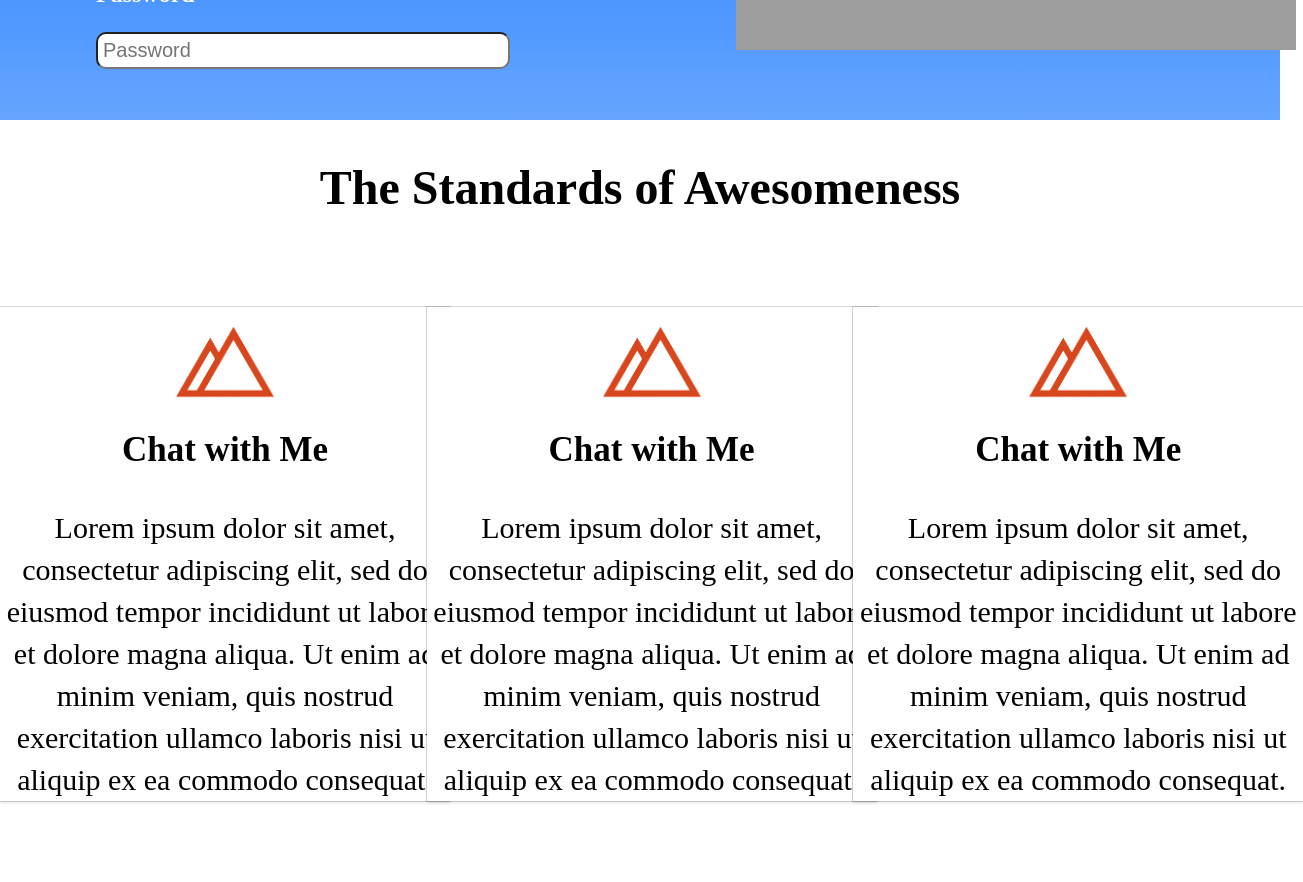
Repository: jesar-enl/My-CSS-Website
Page: index.html
The author's editor kept a copy of each file at every save. The page is drawn from the files as they stood at one save, then again after the next save.
The browser window is 1280 px wide. The page is 1303 px wide, then 1296 px, so the pictures cover 1303 px, including what lies to the right of the window. The pictures show the part of the page from y = 380 to 1304 px (the page is 1262 px tall before and 1304 px after).
Pictures or frames that could not be fetched are drawn as grey boxes.

Above is the page before, as saved 2022-07-27 13:00:45.

### index.html
<!DOCTYPE html>
<html lang="en">
  <head>
    <meta charset="UTF-8" />
    <meta http-equiv="X-UA-Compatible" content="IE=edge" />
    <meta name="viewport" content="width=device-width, initial-scale=1.0" />
    <title>My CSS website</title>
    <link rel="stylesheet" href="style.css" />
  </head>
  <body>
    <nav>
      <ul class="topnav" id="dropdownClick">
        <li><a href="#home">Home</a></li>
        <li><a href="#contact">Contact</a></li>
        <li><a href="#news">News</a></li>
        <li><a href="#about">About</a></li>
        <li class="topnav-right"><a href="#signup">SignUp</a></li>
        <li class="topnav-right"><a href="#login">LogIn</a></li>

        <!--
          This unicode is called 'Trigram for Heaven'.
          It can be used to hide the menu when we shrink the screen to a mobile sized.

          Thousands of unicode characters can be accessed from the unicode table 'https://unicode-table.com/en/'
        -->

        <li class="dropdown">
          <!--
            Having the href like this is to inform the browser
            that perform this link as a javascript command,
            heading to nowhere. Stay around this page.
          -->

          <a href="javascript:void(0);" onclick="handleClick()">&#9776;</a>
        </li>
      </ul>
    </nav>

    <div class="container" id="section-1-gradient">
      <div class="row">
        <div class="col-6">
          <div class="leftSideCol">
            <h1 class="large">Crazy Radness</h1>
            <h1 class="large">Made for Developers</h1>
          </div>
          <form action="">
            <div class="leftSideCol">
              <h2>Username</h2>
              <input
                type="text"
                class="inputbox"
                placeholder="Username"
                name="username"
              />
              <h2>Password</h2>
              <input type="password" name="password" placeholder="Password" />
            </div>
          </form>
        </div>
        <div class="col-6">
          <div class="rightSideCol videoContainer">
            <iframe
              width="560"
              height="315"
              src="https://www.youtube.com/embed/ZxKM3DCV2kE"
              title="YouTube video player"
              frameborder="0"
              allow="accelerometer; autoplay; clipboard-write; encrypted-media; gyroscope; picture-in-picture"
              allowfullscreen
            ></iframe>
          </div>
        </div>
      </div>
    </div>

    <header>
      <h1 class="section-2-header">The Standards of Awesomeness</h1>
    </header>

    <div class="container">
      <div class="row">
        <div class="col-4">
          <div class="box">
            <div class="icon">
              <img class="dev" src="devslopes.png" alt="dev icon" />
            </div>
            <label for="">Chat with Me</label>
            <p>
              Lorem ipsum dolor sit amet, consectetur adipiscing elit, sed do
              eiusmod tempor incididunt ut labore et dolore magna aliqua. Ut
              enim ad minim veniam, quis nostrud exercitation ullamco laboris
              nisi ut aliquip ex ea commodo consequat.
            </p>
          </div>
        </div>
        <div class="col-4">
          <div class="box">
            <div class="icon">
              <img class="dev" src="devslopes.png" alt="dev icon" />
            </div>
            <label for="">Chat with Me</label>
            <p>
              Lorem ipsum dolor sit amet, consectetur adipiscing elit, sed do
              eiusmod tempor incididunt ut labore et dolore magna aliqua. Ut
              enim ad minim veniam, quis nostrud exercitation ullamco laboris
              nisi ut aliquip ex ea commodo consequat.
            </p>
          </div>
        </div>
        <div class="col-4">
          <div class="box">
            <div class="icon">
              <img class="dev" src="devslopes.png" alt="dev icon" />
            </div>
            <label for="">Chat with Me</label>
            <p>
              Lorem ipsum dolor sit amet, consectetur adipiscing elit, sed do
              eiusmod tempor incididunt ut labore et dolore magna aliqua. Ut
              enim ad minim veniam, quis nostrud exercitation ullamco laboris
              nisi ut aliquip ex ea commodo consequat.
            </p>
          </div>
        </div>
      </div>
    </div>
    <script src="index.js"></script>
  </body>
</html>

### style.css
/* ########## Defaults ########### */

nav,
header,
footer {
  display: block;
}

body {
  line-height: 1.5;
  margin: 0;
}

label {
  font-size: 35px;
  font-weight: 800;
}

p {
  font-size: 30px;
  line-height: 1.4;
}

.container {
  width: 100%;
  margin: auto;
  padding-top: 4%;
  padding-bottom: 4%;
}

.row {
  width: 100%;
  display: flex;
  flex-wrap: wrap;
  align-items: center;
}

.row::after {
  display: table;
  clear: both;
  content: '';
}

.col-1 {
  width: 8.33%;
}
.col-2 {
  width: 16.66%;
}
.col-3 {
  width: 25%;
}
.col-4 {
  width: 33.33%;
}
.col-5 {
  width: 41.66%;
}
.col-6 {
  width: 50%;
}
.col-7 {
  width: 58.33%;
}
.col-8 {
  width: 66.66%;
}
.col-9 {
  width: 75%;
}
.col-10 {
  width: 83.33%;
}
.col-11 {
  width: 91.66%;
}
.col-12 {
  width: 100%;
}

/* ######### Navigation Bar ######## */

nav {
  width: 100%;
  margin: 0;
}

nav ul {
  background-color: #eee;
  overflow: hidden;
  margin: 0;
  padding: 0;
}
/* the list-style removes the bullet points from the list items */
ul.topnav li {
  list-style: none;
  float: left;
}

ul.topnav li.topnav-right {
  float: right;
}

ul.topnav li a {
  display: block;
  text-decoration: none;
  min-height: 1.5rem;
  text-align: center;
  padding: 14px;
  text-transform: uppercase;
  color: #665;
}

ul.topnav li a:hover {
  background-color: #7ab6f3;
  color: #fff;
}

.dropdown {
  display: none;
}

/* #################### Custom styles ################## */

#section-1-gradient {
  background: #076dff;
  background: -webkit-gradient(#076dff, #65a5ff);
  background: -o-linear-gradient(#076dff, #65a5ff);
  background: -moz-linear-gradient(#076dff, #65a5ff);
  background: linear-gradient(#076dff, #65a5ff);
}

.box {
  text-align: center;
  width: 450px;
  background-color: #fff;
  /*
    The "box-shadow" syntax is as follows:

    box-shadow: horizontal-length vertical-length blur-radius spread-radius rgba(r, g, b, opacity);
  */
  box-shadow: 0 0 0 1px rgba(0, 0, 0, 0.15), 0 2px 3px 0 rgba(0, 0, 0, 0.1);
}

.leftSideCol {
  margin-left: 15%;
}

.rightSideCol {
  margin-left: 15%;
}

.large {
  color: #fff;
  font-size: 2.2rem;
  margin: 0;
  line-height: 1.7;
}

.section-2-header {
  font-size: 3rem;
  text-align: center;
}

input[type='text'] {
  font-size: 20px;
  width: 400px;
  min-width: 100px;
  padding: 5px;
  border-radius: 10px;
}

form h2 {
  color: #fff;
}

input[type='password'] {
  font-size: 20px;
  width: 400px;
  padding: 5px;
  min-width: 100px;
  border-radius: 10px;
}

.icon {
  width: 100%;
}

.dev {
  width: 110px;
  height: 110px;
}

/* ############ Media Query ########### */

@media screen and (max-width: 680px) {
  /*
    This tells the browser to hide all the list
    elements of the nav bar except the first one.
  */

  ul.topnav li:not(:nth-child(1)) {
    display: none;
  }

  ul.topnav li.dropdown {
    display: block;
    float: right;
  }

  ul.topnav.responsive li.dropdown {
    position: absolute;
    top: 0;
    right: 0;
  }

  ul.topnav.responsive {
    position: relative;
  }

  /* Places the list items in a row manner. */
  ul.topnav.responsive li {
    display: inline;
    float: none;
  }

  ul.topnav.responsive li a {
    /* displays the items in a manner of stacking on top of each other. */
    display: block;
    text-align: left;
  }

  .col-6 {
    width: 100%;
    margin: 0;
  }

  .rightSideCol {
    margin-top: 5%;
  }

  .videoContainer iframe {
    position: relative;
    width: 100%;
    margin: 0;
    overflow: hidden;
  }

  leftSideCol,
  rightSideCol {
    margin: 15px;
  }

  input[type='text'] {
    width: 300px;
  }

  input[type='password'] {
    width: 300px;
  }
}

@media screen and (max-width: 890px) {
  /*
    This tells the browser to hide all the list
    elements of the nav bar except the first one.
  */

  ul.topnav li:not(:nth-child(1)) {
    display: none;
  }

  ul.topnav li.dropdown {
    display: block;
    float: right;
  }

  ul.topnav.responsive li.dropdown {
    position: absolute;
    top: 0;
    right: 0;
  }

  ul.topnav.responsive {
    position: relative;
  }

  /* Places the list items in a row manner. */
  ul.topnav.responsive li {
    display: inline;
    float: none;
  }

  ul.topnav.responsive li a {
    /* displays the items in a manner of stacking on top of each other. */
    display: block;
    text-align: left;
  }

  .col-6 {
    width: 100%;
    margin: 0;
  }

  .rightSideCol {
    margin-top: 5%;
    max-width: 300px;
  }

  .videoContainer iframe {
    position: relative;
    width: 100%;
  }
}

### index.js
function handleClick() {
  var list = document.getElementById('dropdownClick');
  if (list.className === 'topnav') {
    list.className += ' responsive';
    // change topnav to topnav.responsive
  } else {
    list.className = 'topnav';
  }
}

After the next save:
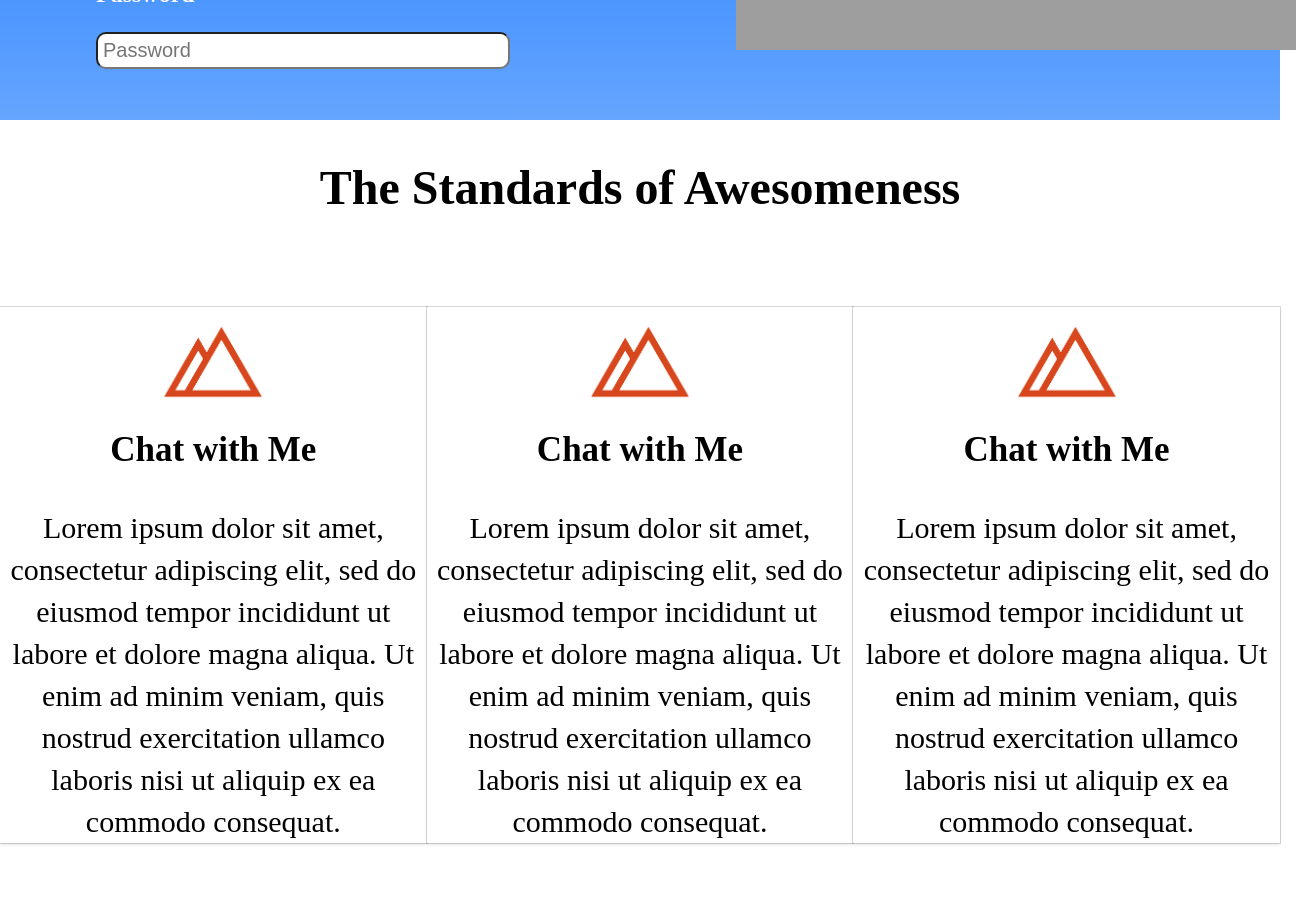
Saved 43 s later.
--- a/style.css
+++ b/style.css
@@ -132,7 +132,7 @@ ul.topnav li a:hover {
 
 .box {
   text-align: center;
-  width: 450px;
+  /* width: 450px; */
   background-color: #fff;
   /*
     The "box-shadow" syntax is as follows:
